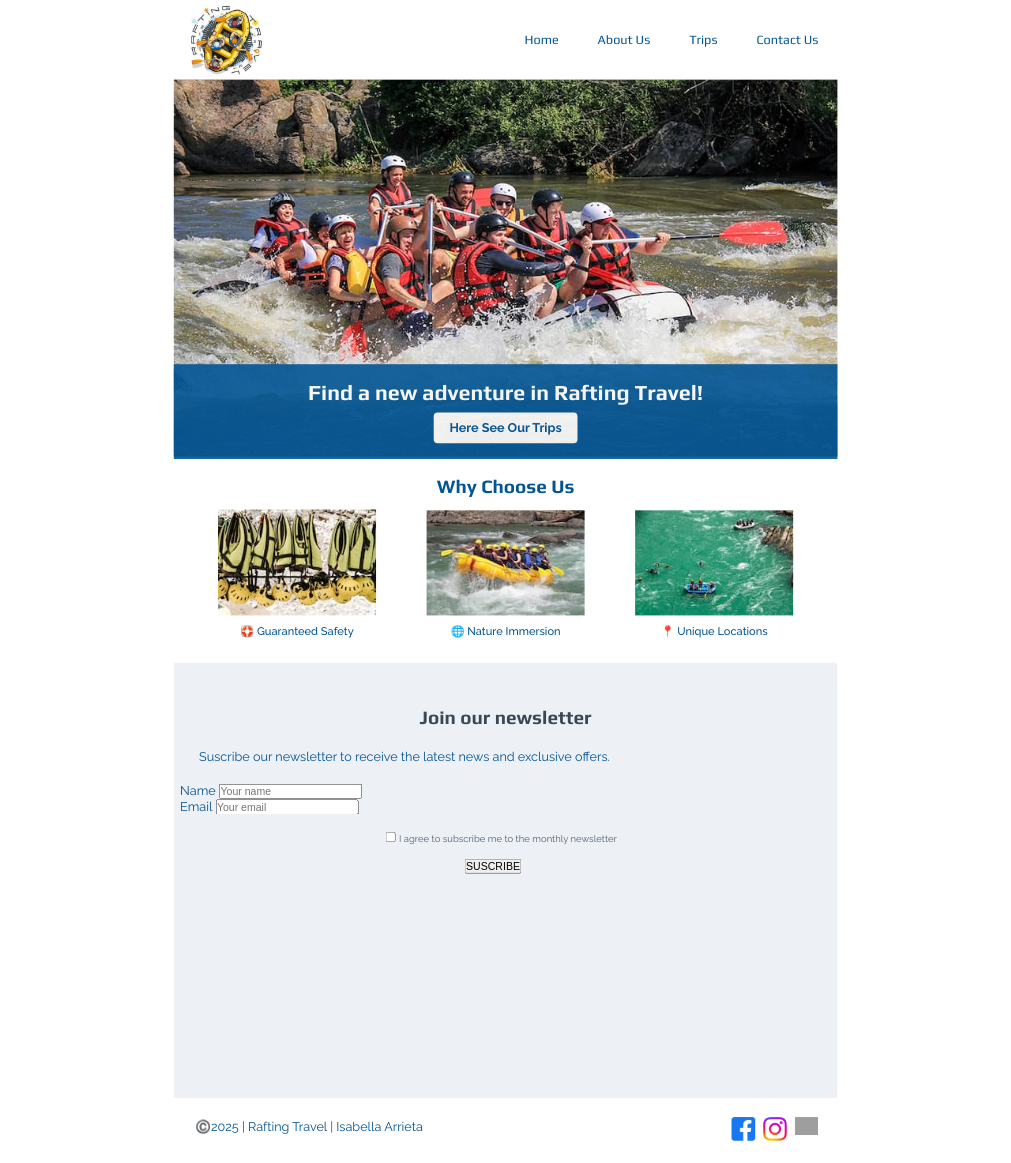
Repository: isaAJ05/wdd130
Page: wwr/index.html
These files come from the project's save history. The page is drawn as it stood at one moment and after a run of saves; the edit follows.
The browser window is 1280 px wide. The pictures show the whole page, at 79% of full size.
Pictures or frames that could not be fetched are drawn as grey boxes.

Above is the page before, as saved 2025-06-16 21:44:04.

After the next 2 saves:
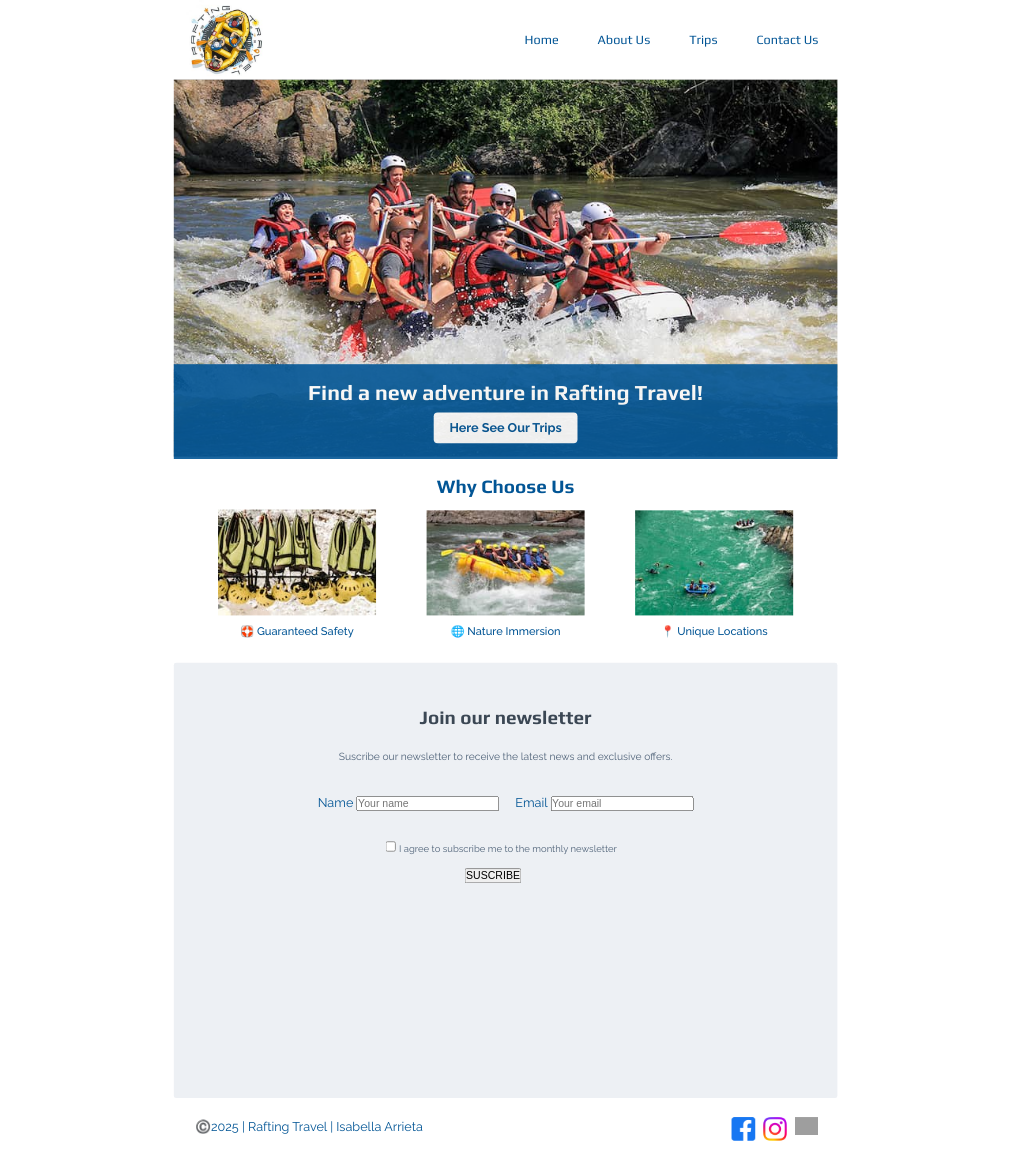
The 2 saves are shown as one change because they came seconds apart.
The last was saved 7 s later.
--- a/wwr/styles/rafting.css
+++ b/wwr/styles/rafting.css
@@ -321,7 +321,7 @@ footer p {
 	text-align: center;
 }
 
-.rectangle-6 p {
+.rectangle-6 p, .rectangle-7 p {
 	color: #4f6278;
 	font-family: var(--body-font);
 	font-weight: 400;
@@ -330,7 +330,7 @@ footer p {
 	text-align: center;
 }
 
-.rectangle-6 .row {
+.rectangle-6 .row, .rectangle-7 .row {
     display: flex;
     gap: 20px;
     align-items: center;
